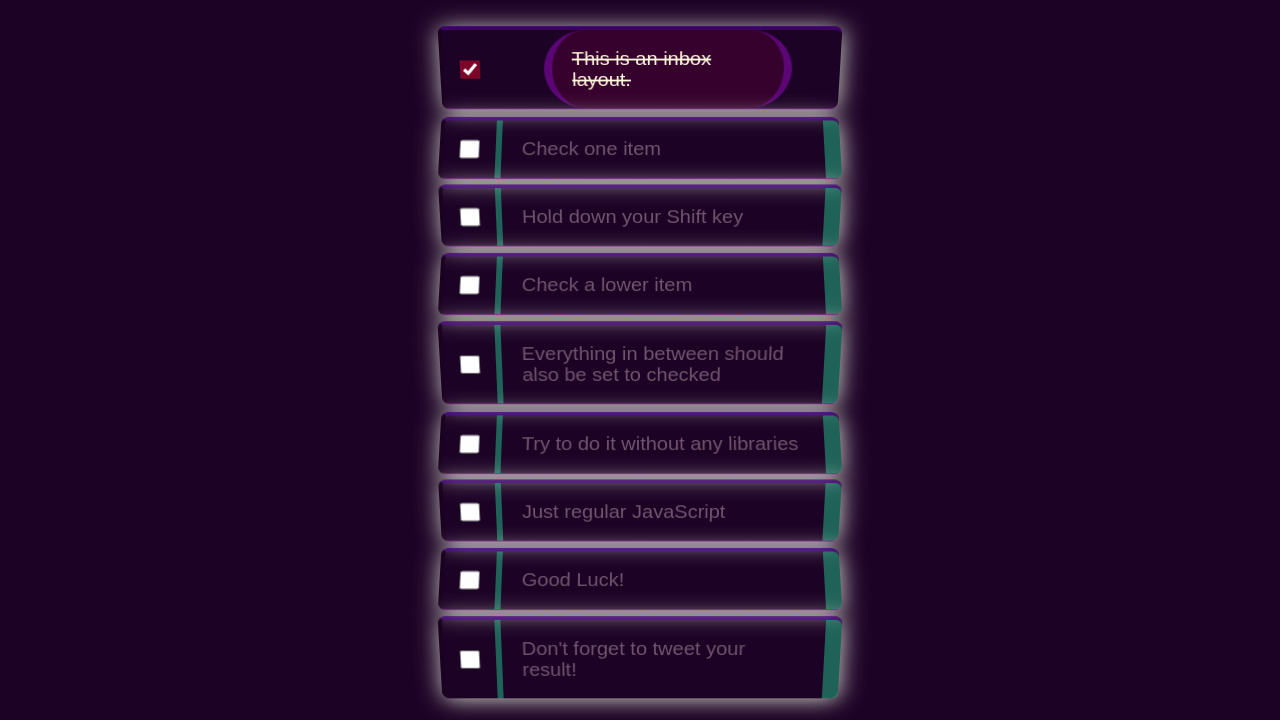
Repository: Freezler/Shift-Select-Checkboxes
Page: index.html
The author's editor kept a copy of each file at every save. The page is drawn from the files as they stood at one save, then again after the next save.
The browser window is 1280 px wide. The pictures show the whole page.
The first `input` is checked.

Above is the page before, as saved 2024-09-07 23:17:24.

### index.html
<!DOCTYPE html>
<html lang="en">

<head>
  <meta charset="UTF-8">
  <title>Hold Shift to Check Multiple Checkboxes</title>
  <link rel="icon" href="https://fav.farm/🔥" />
</head>

<body>
  <style>
    :root {
      --background-color: rgb(28, 2, 37);
      --border-color: hsla(292, 94%, 6%, 0.8);

    }

    html {
      font-family: sans-serif;
      font-weight: 500;
      background: var(--background-color);
      user-select: none;
    }




    .inbox {
      max-width: 400px;
      margin: 20px auto;
      gap: 0px;
      border-radius: 5px;
      display: flex;
      flex-direction: column;
      background: var(--background-color);
    }

    .item {
      display: flex;
      transition: all 0.3s ease-in-out;
      border-inline-start: 4px solid var(--border-color);
      border-block-start: 4px inset rgba(136, 0, 255, 0.497);
      box-shadow: 1px 2px 24px rgba(244, 249, 232, 0.847);
      border-bottom: 1px dotted #b908d0;
      color: rgb(112, 83, 109);
      border-radius: 8px;
    }

    .item:last-child {
      border-bottom: 0;
    }



    input[type="checkbox"] {
      accent-color: #7c0529ef;
      margin: 16px;
      width: 20px;
    }

    input:checked+p {
      background: #a3045131;
      text-decoration: line-through;
      color: cornsilk;
      border-inline: 8px solid #5e057cef;
      transition: all 0.9s ease-in-out;
      border-radius: 99px;
      margin-inline: 48px;


    }



    .inbox .item:nth-child(even) {
      transform: perspective(1500px) rotateX(24deg) translateY(3px) scale(1.001);

    }

    .inbox .item:nth-child(odd) {
      transform: perspective(1500px) rotateX(-24deg) translateY(3px) scale(1.001);

    }

    .item:nth-child(odd):hover {
      transform: perspective(400px) rotateX(24deg) translateY(3px);

    }

    .item:nth-child(even):hover {
      transform: perspective(400px) rotateX(-24deg) translateY(3px);

    }

    .item:nth-child(even) {
      transform: perspective(1500px) rotateX(-24deg) translateY(3px);

    }

    p {
      margin: 0;
      padding: 20px;
      transition: background 0.3s;
      flex: 1;
      font-size: 20px;
      font-weight: 200;
      border-inline: 6px solid #23cc9178;
      border-inline-end: 16px solid #23cc9178;
      border-start-end-radius: 6px;
      border-end-end-radius: 6px;
    }
  </style>
  <!--  The following is a common layout you would see in an email client.
        When a user clicks a checkbox, holds Shift, and then clicks another checkbox a few rows down, all the checkboxes in between those two checkboxes should be checked.

  -->
  <div class="inbox">
    <div class="item">
      <input type="checkbox">
      <p>This is an inbox layout.</p>
    </div>
    <div class="item">
      <input type="checkbox">
      <p>Check one item</p>
    </div>
    <div class="item">
      <input type="checkbox">
      <p>Hold down your Shift key</p>
    </div>
    <div class="item">
      <input type="checkbox">
      <p>Check a lower item</p>
    </div>
    <div class="item">
      <input type="checkbox">
      <p>Everything in between should also be set to checked</p>
    </div>
    <div class="item">
      <input type="checkbox">
      <p>Try to do it without any libraries</p>
    </div>
    <div class="item">
      <input type="checkbox">
      <p>Just regular JavaScript</p>
    </div>
    <div class="item">
      <input type="checkbox">
      <p>Good Luck!</p>
    </div>
    <div class="item">
      <input type="checkbox">
      <p>Don't forget to tweet your result!</p>
    </div>
  </div>

  <script>
    const checkboxes = document.querySelectorAll('.inbox input[type="checkbox"]');

    checkboxes.forEach(checkbox => checkbox.addEventListener('click', handleCheck))

    let lastChecked;

    function handleCheck(e) {
      // check for shift-press && checked
      let inBetween = false;
      // loop over every single checkbox
      if (e.shiftKey && this.checked) {
        checkboxes.forEach(checkbox => {
          if (checkbox === this || checkbox === lastChecked) {
            inBetween = !inBetween
          }
          if (inBetween) {
            checkbox.checked = true
          }
        })
      }

      if (e.shiftKey && this.checked) {
        console.log("haha it's clicked with shift down AND checked!")
      }
      if (e.shiftKey && !this.checked) {
        console.log("haha it's clicked with shift down but not checked!")
      }
      lastChecked = this;
    }

  </script>
</body>

</html>

After the next save:
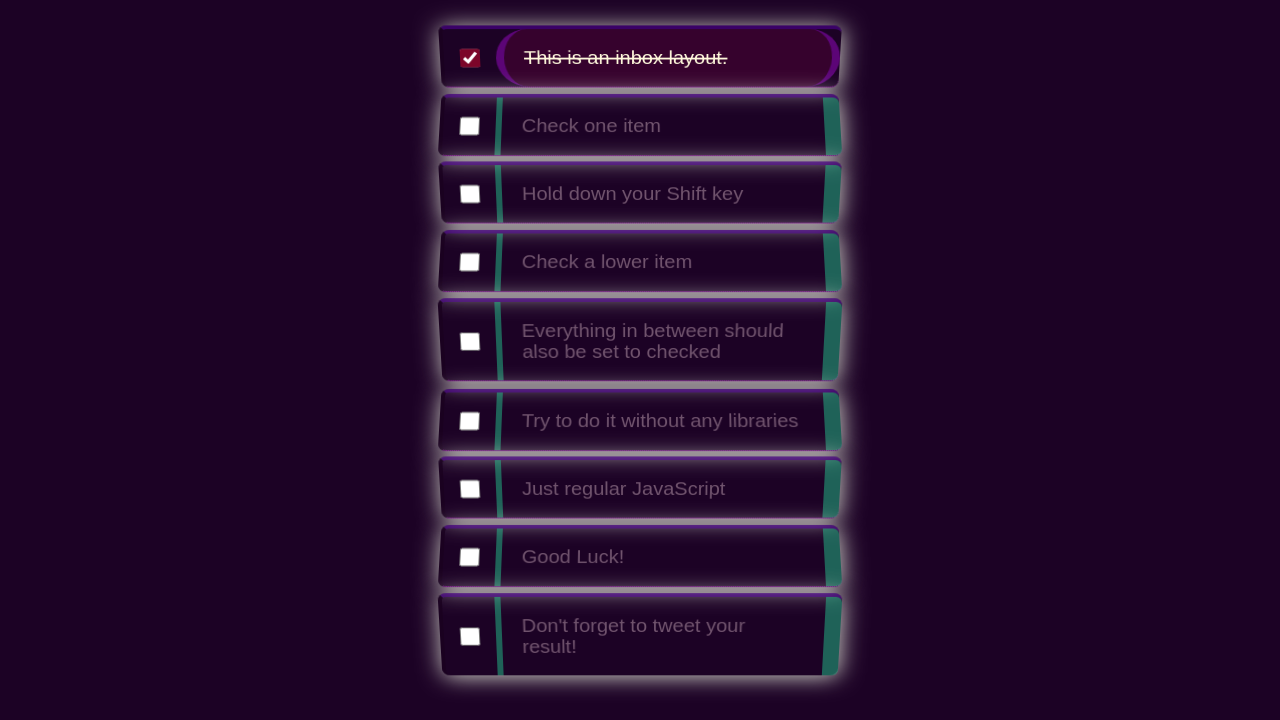
Saved 23 s later.
--- a/index.html
+++ b/index.html
@@ -65,7 +65,7 @@
       border-inline: 8px solid #5e057cef;
       transition: all 0.9s ease-in-out;
       border-radius: 99px;
-      margin-inline: 48px;
+
 
 
     }
